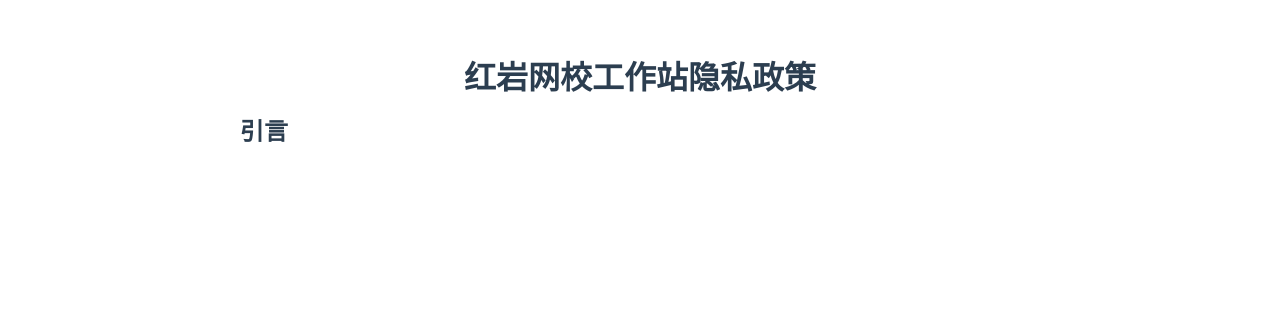
Repository: zl-mdc/privacy-policy
Page: /
These files come from the project's save history. The page is drawn as it stood at one moment and after a run of saves; the edit follows.
The browser window is 1280 px wide. The pictures show the whole page.
The project was rebuilt for these pictures with package versions that can differ from the ones it lists, and the page was loaded fresh each time.

Above is the page before, as saved 2020-09-17 15:29:41.

After the next 2 saves:
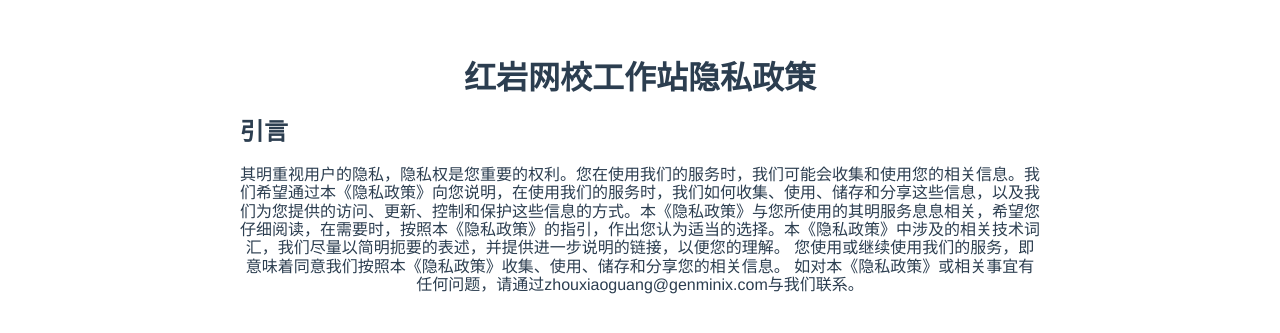
The 2 saves are shown as one change because they came seconds apart.
The last was saved 43 s later.
--- a/src/components/Info.vue
+++ b/src/components/Info.vue
@@ -1,7 +1,7 @@
 <!--
  * @Author: Code_Master
  * @Date: 2020-09-17 15:00:51
- * @LastEditTime: 2020-09-17 15:29:41
+ * @LastEditTime: 2020-09-17 15:30:23
  * @LastEditors: Code_Master
  * @FilePath: /privacy-policy/src/components/Info.vue
  * @Description: The first 90% of the code accounts for the first 90% of the development time. The remaining 10% of the code accounts for the other 90% of the development time.
@@ -9,7 +9,9 @@
 <template>
     <div id="info">
           <h1>红岩网校工作站隐私政策</h1>
+
           <h2>引言</h2>
+          <p>其明重视用户的隐私，隐私权是您重要的权利。您在使用我们的服务时，我们可能会收集和使用您的相关信息。我们希望通过本《隐私政策》向您说明，在使用我们的服务时，我们如何收集、使用、储存和分享这些信息，以及我们为您提供的访问、更新、控制和保护这些信息的方式。本《隐私政策》与您所使用的其明服务息息相关，希望您仔细阅读，在需要时，按照本《隐私政策》的指引，作出您认为适当的选择。本《隐私政策》中涉及的相关技术词汇，我们尽量以简明扼要的表述，并提供进一步说明的链接，以便您的理解。 您使用或继续使用我们的服务，即意味着同意我们按照本《隐私政策》收集、使用、储存和分享您的相关信息。 如对本《隐私政策》或相关事宜有任何问题，请通过zhouxiaoguang@genminix.com与我们联系。 </p>
     </div>
 </template>
 
